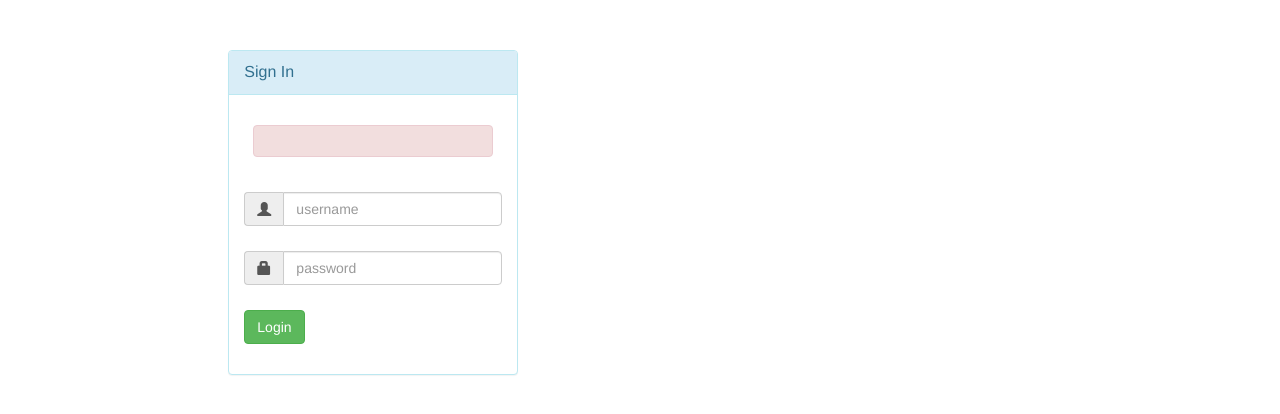
Repository: sghosh116611/Spring-Hibernate-Learn
Page: http://localhost/spring-security-demo-05-logout/showLoginPage
These files come from the project's save history. The page is drawn as it stood at one moment and after the next save; the edit follows.
The browser window is 1280 px wide. The pictures show the whole page.
Some web libraries are served in a nearby version. The page is served by Tomcat 9.

Above is the page before, as saved 2022-09-20 12:44:12.

After the next save:
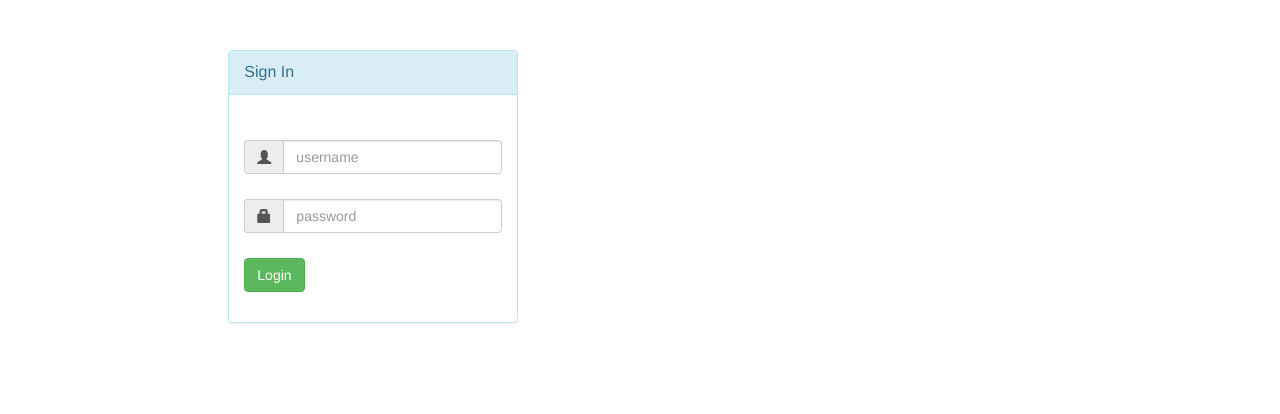
Saved 8 s later.
--- a/Spring-Hibernate-Learn/spring-security-demo-05-logout/src/main/webapp/WEB-INF/view/fancy-login.jsp
+++ b/Spring-Hibernate-Learn/spring-security-demo-05-logout/src/main/webapp/WEB-INF/view/fancy-login.jsp
@@ -49,13 +49,13 @@
 						<div class="form-group">
 							<div class="col-xs-15">
 								<div>
+									<c:if test="${param.error != null}">
+										<div class="alert alert-danger col-xs-offset-1 col-xs-10">
 
-									<div class="alert alert-danger col-xs-offset-1 col-xs-10">
-										<c:if test="${param.error != null}">
 											<i class="failed">Sorry! Wrong username or password!</i>
-										</c:if>
-									</div>
 
+										</div>
+									</c:if>
 									<c:if test="${param.logout != null}">
 										<div class="alert alert-success col-xs-offset-1 col-xs-10">
 
